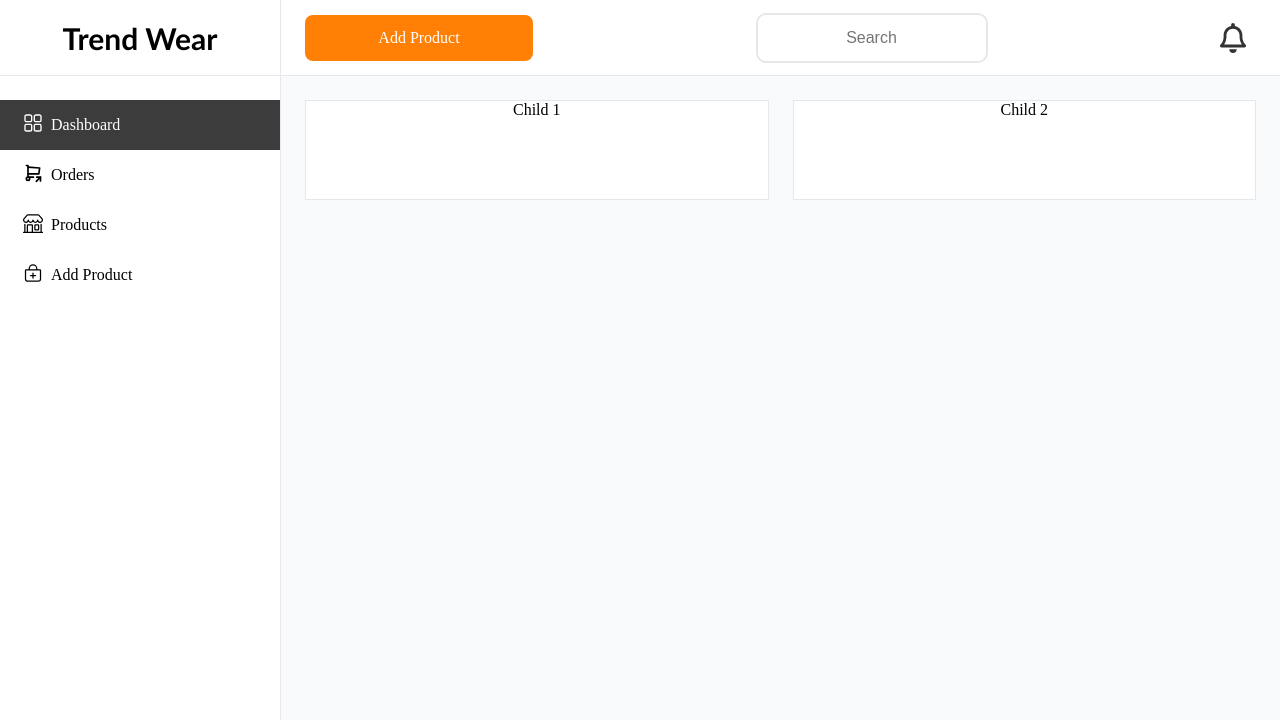
Repository: ahmad-dev7/TrendWear
Page: / (app in trend_wear_dashboard/)
These files come from the project's save history. The page is drawn as it stood at one moment and after the next save; the edit follows.
The browser window is 1280 px wide. The pictures show the whole page.
The project was rebuilt for these pictures with package versions that can differ from the ones it lists, and the page was loaded fresh each time. Also part of the build but not shown: trend_wear_dashboard/vite.config.ts.

Above is the page before, as saved 2025-01-19 23:54:28.

### trend_wear_dashboard/index.html
<!doctype html>
<html lang="en">

<head>
  <meta charset="UTF-8" />
  <link rel="icon" type="image/svg+xml" href="/vite.svg" />
  <meta name="viewport" content="width=device-width, initial-scale=1.0" />
  <title>Trend Wear</title>
</head>

<body>
  <div id="root"></div>
  <script type="module" src="/src/main.tsx"></script>
</body>

</html>

### trend_wear_dashboard/src/main.tsx
import { StrictMode } from "react";
import { createRoot } from "react-dom/client";
//import "bootstrap/dist/css/bootstrap.css";
import "./App.css";
import App from "./App.tsx";

createRoot(document.getElementById("root")!).render(
  <StrictMode>
    <App />
  </StrictMode>
);

### trend_wear_dashboard/src/App.css
body {
    background-color: #F9FAFB;
    padding: 0;
    margin: 0;
}

#parent {
    display: flex;
}

### trend_wear_dashboard/src/App.tsx
import { useState } from "react";
import Body from "./Components/Body/Body";
import Navbar from "./Components/Navbar/Navbar";
import Sidebar from "./Components/Sidebar/Sidebar";
import AddProducts from "./Components/AddProduct/AddProduct";

function App() {
  const [body, setBody] = useState("Dashboard");

  return (
    <div id="parent">
      <Sidebar onSelectTab={setBody} />
      <div style={{ flex: 1 }}>
        <Navbar />
        <Body>
          <AddProducts />
        </Body>
      </div>
    </div>
  );
}

export default App;

### trend_wear_dashboard/src/Components/Body/Body.tsx
// Body.tsx
import "./Body.css";

interface Props {
  children: React.ReactNode;
}

const Body = ({ children }: Props) => {
  return <div id="body-content">{children}</div>;
};

export default Body;

### trend_wear_dashboard/src/Components/Navbar/Navbar.tsx
import "./Navbar.css";
import { FaRegBell } from "react-icons/fa6";

const Navbar = () => {
  return (
    <div>
      <div id="top-navbar">
        <div className="nav-item add-product-button">Add Product</div>
        <input className="nav-item" placeholder="Search" type="text" />
        <FaRegBell className="nav-item icon"></FaRegBell>
      </div>
    </div>
  );
};

export default Navbar;

### trend_wear_dashboard/src/Components/Sidebar/Sidebar.tsx
import "./Sidebar.css";
import SidebarContent from "./SidebarContent";
import { RxDashboard } from "react-icons/rx";
import { TbShoppingCartShare } from "react-icons/tb";
import { BsShop } from "react-icons/bs";
import { IoBagAddOutline } from "react-icons/io5";

interface Props {
  onSelectTab: (tab: string) => void;
}

const Sidebar = ({ onSelectTab }: Props) => {
  interface Tabs {
    icon: JSX.Element;
    label: string;
  }

  const tabs: Tabs[] = [
    { label: "Dashboard", icon: <RxDashboard size={20} /> },
    { label: "Orders", icon: <TbShoppingCartShare size={20} /> },
    { label: "Products", icon: <BsShop size={20} /> },
    { label: "Add Product", icon: <IoBagAddOutline size={20} /> },
  ];

  return (
    <div id="sidebar">
      <div className="header">Trend Wear</div>
      <ul id="sidebar-content">
        <SidebarContent tabsList={tabs} onSelectTab={onSelectTab} />
      </ul>
    </div>
  );
};

export default Sidebar;

### trend_wear_dashboard/src/Components/AddProduct/AddProduct.tsx
// AddProduct.tsx
import "./AddProduct.css";

const AddProduct = () => {
  return (
    <div className="parent">
      <div className="child details-section">Child 1</div>

      <div className="child preview-section">Child 2</div>
    </div>
  );
};

export default AddProduct;

### trend_wear_dashboard/src/Components/Body/Body.css
#body-content {
    display: flex;
    flex-direction: column;
    margin: 24px;
    /* height: 100vh;
    width: 100%; */
    box-sizing: border-box;
}

### trend_wear_dashboard/src/Components/Navbar/Navbar.css
#top-navbar {
    display: flex;
    justify-content: space-between;
    align-items: center;
    /* padding: 0 24px; */
    background-color: white;
    height: 75px;
    width: 100%;
    border-bottom: 1px solid #e5e7eb;
}

.nav-item {
    font-size: 16px;
    color: #333;
    text-align: center;
    width: 200px;
    border-radius: 8px;
    padding: 14px;
    text-decoration: none;
}

.add-product-button {
    color: white;
    margin-left: 24px;
    background-color: #ff8005;
}

#top-navbar input {
    border: none;
    outline: 2px solid #e5e7eb;
    flex-grow: 1;
    max-width: 200px;
}

#top-navbar .icon {
    height: 30px;
    width: 30px;
    margin-right: 24px;
}

### trend_wear_dashboard/src/Components/Sidebar/Sidebar.css
/* Sidebar.css */
#sidebar {
    background-color: white;
    width: 280px;
    height: 100vh;
    border-right: 1px solid #e5e7eb;
}

#sidebar .header {
    display: flex;
    justify-content: center;
    align-items: center;
    height: 75px;
    font-size: 30px;
    font-weight: bold;
    font-family: 'Gill Sans', 'Gill Sans MT', Calibri, 'Trebuchet MS', sans-serif;
    background-color: white;
    text-align: center;
    border-bottom: 1px solid #e5e7eb;
}

#sidebar-content {
    list-style-type: none;
    margin-top: 24px;
    padding: 0;
    cursor: pointer;
}

#sidebar-content .tab {
    height: 50px;
    color: black;
    display: flex;
    align-items: center;
    padding-left: 15px;
}

.icon {
    padding: 8px;
}

#sidebar-content .active {
    background-color: #3c3c3c;
    color: white;
}

#sidebar-content .tab:hover:not(.active) {
    background-color: #e5e7eb;
}

### trend_wear_dashboard/src/Components/Sidebar/SidebarContent.tsx
import "./Sidebar.css";
import { useState } from "react";

interface Tabs {
  icon: JSX.Element;
  label: string;
}

interface Props {
  tabsList: Tabs[];
  onSelectTab: (tab: string) => void;
}

const SidebarContent = ({ tabsList, onSelectTab }: Props) => {
  const [active, setTab] = useState("Dashboard");
  return (
    <>
      {tabsList.map((tab) => (
        <li
          key={tab.label}
          className={"tab " + (tab.label == active && "active")}
          onClick={() => {
            setTab(tab.label);
            onSelectTab(tab.label);
          }}
        >
          <div className="icon">{tab.icon}</div>
          <div className="label">{tab.label}</div>
        </li>
      ))}
    </>
  );
};

export default SidebarContent;

### trend_wear_dashboard/src/Components/AddProduct/AddProduct.css
/* AddProduct.css */
.parent {
    display: flex;
    width: 100%;
    height: 100px;
    gap: 24px;
    box-sizing: border-box;
}

.child {
    flex: 1;
    text-align: center;
    background-color: white;
    border: 1px solid #e5e7eb;
}

After the next save:
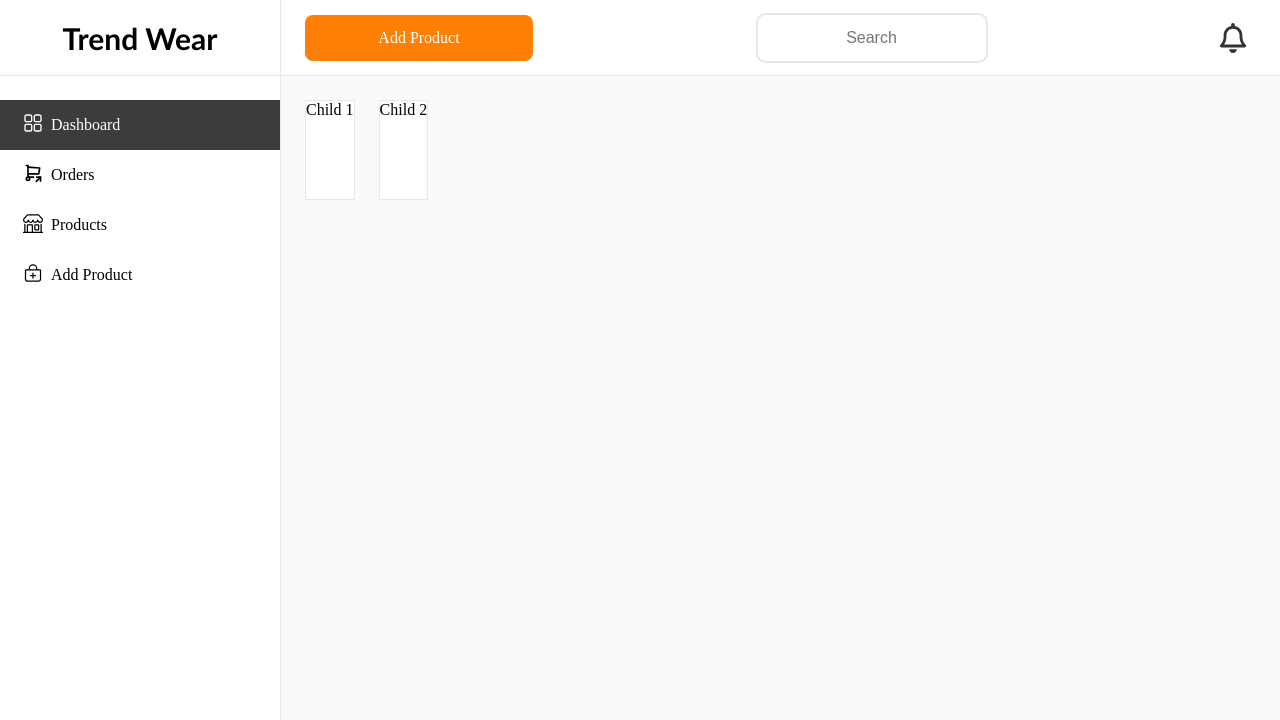
Saved 5 s later.
--- a/trend_wear_dashboard/src/Components/AddProduct/AddProduct.css
+++ b/trend_wear_dashboard/src/Components/AddProduct/AddProduct.css
@@ -8,7 +8,6 @@
 }
 
 .child {
-    flex: 1;
     text-align: center;
     background-color: white;
     border: 1px solid #e5e7eb;
